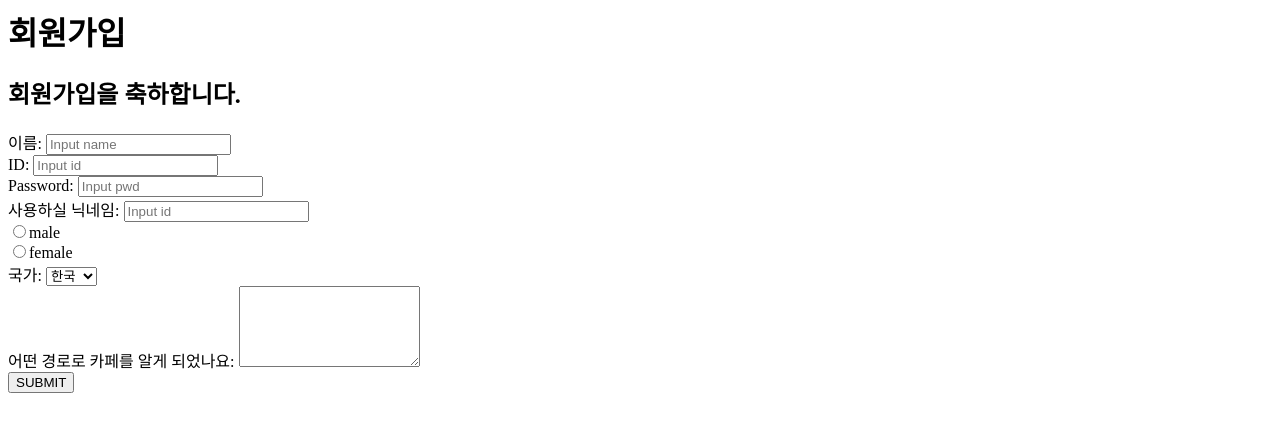
Repository: sangeun100/html
Page: http://localhost/login/register
An editor plug-in stored every save of this project. The page is shown before and after the next save, followed by the edit.
The browser window is 1280 px wide. The pictures show the whole page.
The page is this project's Thymeleaf template; nobody is signed in. The template is opened directly, without the code that normally fills it, so the values that code supplies are empty.

Above is the page before, as saved 2022-05-24 00:02:18.
Console error: ReferenceError: $ is not defined

### day061/src/main/resources/templates/login/register.html
<meta charset="UTF-8">


<script>
/* function checkid(id) {
	$.ajax({
		url:'checkid',
		data:{'id':id},
		success:function(data){
		if(data == '1') {
			$('#iid').text('사용가능 합니다.');
		}else {
			$('#iid').text('사용 불가능 합니다.');
		}
	  }
	});
}; */
$(document).ready(function () {
	$('input[name="name"]').keyup(function () { // 이름은 3자리 이상이어야 함
		var id = $(this).val();
		if (id.length < 3) {
			$('#sname').text('3자리 이상이어야 합니다.');
		  }else { //3자리 이상이면 서버에 전송
			  $('#sname').text('');
		  }
	$('input[name="id"]').keyup(function () {
		var id = $(this).val();
		if (id.length < 3) {
			$('#iid').text('3자리 이상이어야 합니다.');
			 }else {
				 $('#iid').text('');
				//checkid(id); //ajax에서 aaaa~ cccc 는 사용 불가 아이디
		}

	$('button').attr('disabled','disabled'); // 다 입력안하면 클릭불가
	$('button').click(function () {

		$('#register_form1').attr({ //등록페이지 받아오기, 제출
			'action':'register_form1impl',
			'method':'post'
		});
		$('#register_form1').submit();
		});
	$('button').removeAttr('disabled'); // 다 입력하면 클릭 가능
	});
  });
});
</script>
<h1>회원가입</h1>

<div>
<h2>회원가입을 축하합니다.</h2>
<form id="register_form1">
<!-- 이름칸 -->
<div class="form-group">
	  <label for="name">이름:</label>
	  <input type="text" name="name" class="form-control" id="name" placeholder="Input name">
      <span id="sname"></span>
	</div>
<!-- 아이디칸 -->
<div class="form-group">
	  <label for="id">ID:</label>
	  <input type="text" name="id" class="form-control" id="id" placeholder="Input id">
      <span id="iid"></span>
	</div>
<!-- 비밀번호 칸  -->
	<div class="form-group">
	  <label for="pwd">Password:</label>
	  <input type="password" name="pwd" class="form-control" id="pwd" placeholder="Input pwd">
	  <span id="pwd" class="help-block"></span>
	</div>
<!-- 닉네임칸 -->
<div class="form-group">
	  <label for="id">사용하실 닉네임:</label>
	  <input type="text" name="id" class="form-control" id="id" placeholder="Input id">
      <span id="iid"></span>
	</div>
<!-- 성별-->
	<div class="radio">
	  <label><input type="radio" name="optradio2" value="op2">male</label>
	<span id="optradio2"></span></div>
	<div class="radio">
	  <label><input type="radio" name="optradio3" value="op3">female</label>
	<span id="optradio3"></span></div>
<!-- 국가 -->
<div class="form-group">
	  <label for="sel">국가:</label>
	  <select class="form-control" id="sel" name="sel">
	    <option value="1">한국</option>
	    <option value="2">미국</option>
	    <option value="3">일본</option>
	    <option value="3">중국</option>
	    <option value="4">그 외</option>
	  </select>
	<span id="sel" class="help-block"></span>
	</div>
<!-- 코멘트 -->
<div class="form-group">
  <label for="comment">어떤 경로로 카페를 알게 되었나요:</label>
  <textarea class="form-control" rows="5" id="comment" name="comment"></textarea>
 <span id="comment" class="help-block"></span>
 </div>
<button id="register_bt" type="button">SUBMIT</button>
</form>
</div>

After the next save:
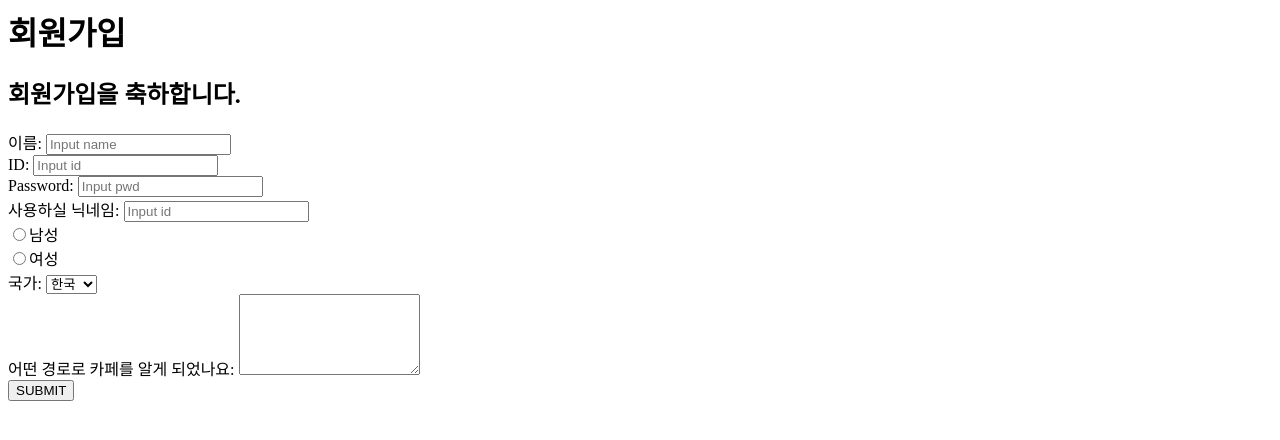
Saved 13 s later.
--- a/day061/src/main/resources/templates/login/register.html
+++ b/day061/src/main/resources/templates/login/register.html
@@ -77,10 +77,10 @@ $(document).ready(function () {
 	</div>
 <!-- 성별-->
 	<div class="radio">
-	  <label><input type="radio" name="optradio2" value="op2">male</label>
+	  <label><input type="radio" name="optradio2" value="op2">남성</label>
 	<span id="optradio2"></span></div>
 	<div class="radio">
-	  <label><input type="radio" name="optradio3" value="op3">female</label>
+	  <label><input type="radio" name="optradio3" value="op3">여성</label>
 	<span id="optradio3"></span></div>
 <!-- 국가 -->
 <div class="form-group">
